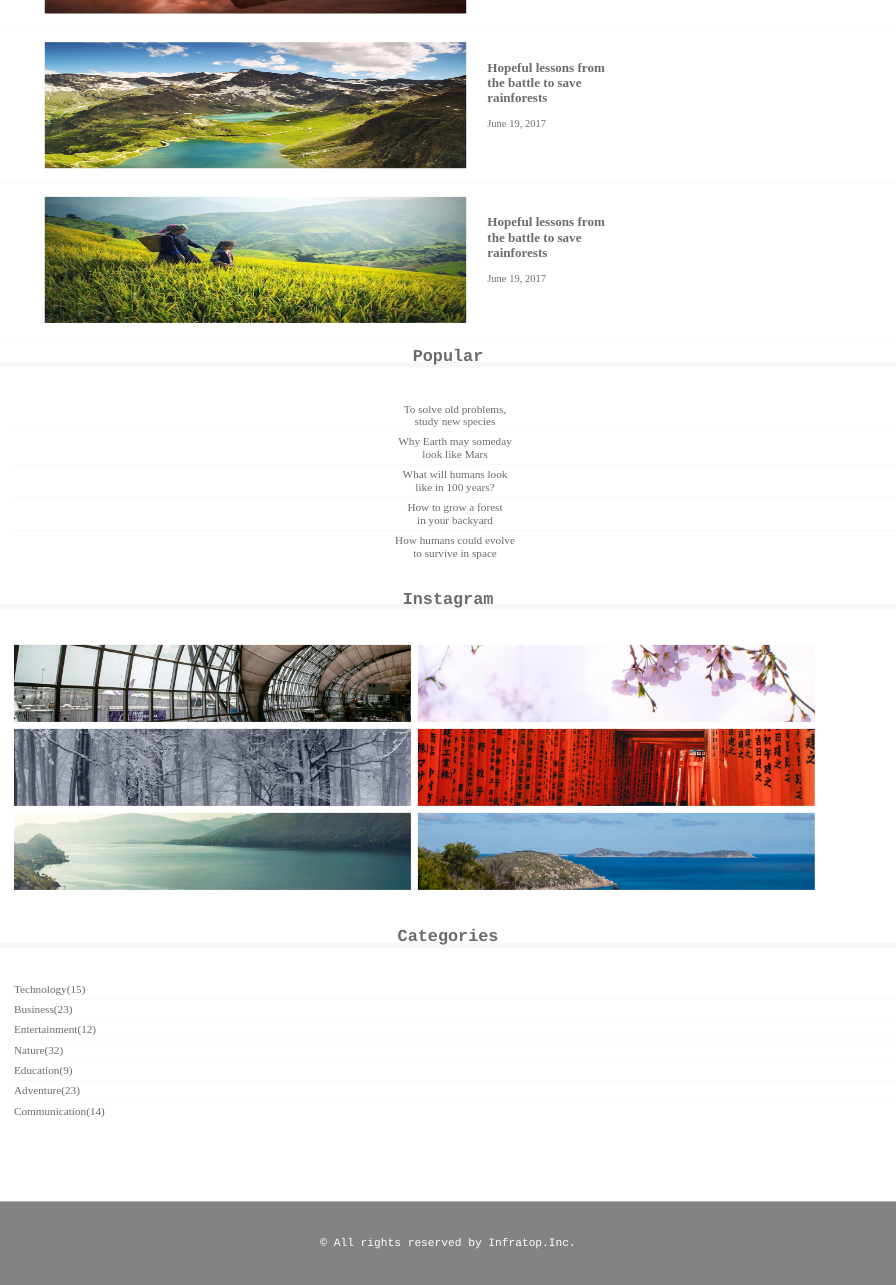
Repository: t-sato-infratop/environment
Page: caravan/index.html
The author's editor kept a record of every edit. The page is drawn from the files as they stood at one moment, then again after the next edit.
The browser window is 1280 px wide. The pictures show the part of the page from y = 1206 to 3126 px (the page is 3042 px tall before and 3126 px after), at 70% of full size.

Above is the page before.

### caravan/index.html
<!DOCTYPE html>
<html lang="ja">
  <head>
    <meta charset="UTF-8" />
    <link rel="stylesheet" href="style.css" />
    <title>CARAVAN</title>
  </head>

  <body>
    <header>
      <h1 class="heading">
        <a href="index.html">
          CARAVAN
        </a>
      </h1>
    </header>

    <nav>
      <ul class="nav-list">
        <li class="nav-list-item">
          <a href="index.html">Home</a>
        </li>
        <li class="nav-list-item">About</li>
        <li class="nav-list-item">Topic</li>
      </ul>
    </nav>

    <div class="main-visual">
      <div class="main-visual-content">
        <p class="main-visual-text">
            The world is a book<br />
            and those who do not travel<br />
            read only one page.
        </p>
        <p class="main-visual-name">
            St. Augustine
        </p>
      </div>
    </div>

    <main>
      <section class="blog">
        <h2 class="blog-heading">Recent Blogs</h2>
        <div class="blog-box">
          <div class="blog-item">
            <img class="blog-image" src="../img/forest.jpg">
            <section class="blog-text">
              <h3 class="blog-text-heading">
                <a href="single.html">
                  Hopeful lessons from<br>
                  the battle to save<br>
                  rainforests
                </a>
              </h3>
              <p class="blog-date">June 19, 2017</p>
              <span class="category">Nature</span>
            </section>
          </div>
          <div class="blog-item">
            <img class="blog-image" src="../img/desert.jpg">
            <section class="blog-text">
              <h3 class="blog-text-heading">
                <a href="single.html">
                  Hopeful lessons from<br>
                  the battle to save<br>
                  rainforests
                </a>
              </h3>
              <p class="blog-date">June 19, 2017</p>
              <span class="category">Nature</span>
            </section>
          </div>
          <div class="blog-item">
            <img class="blog-image" src="../img/sunset.jpg">
            <section class="blog-text">
              <h3 class="blog-text-heading">
                <a href="single.html">
                  Hopeful lessons from<br>
                  the battle to save<br>
                  rainforests
                </a>
              </h3>
              <p class="blog-date">June 19, 2017</p>
              <span class="category">Adventure</span>
            </section>
          </div>
          <div class="blog-item">
            <img class="blog-image" src="../img/italy.jpg">
            <section class="blog-text">
              <h3 class="blog-text-heading">
                <a href="single.html">
                  Hopeful lessons from<br>
                  the battle to save<br>
                  rainforests
                </a>
              </h3>
              <p class="blog-date">June 19, 2017</p>
              <span class="category">Nature</span>
            </section>
          </div>
          <div class="blog-item">
            <img class="blog-image" src="../img/asia.jpg">
            <section class="blog-text">
              <h3 class="blog-text-heading">
                <a href="single.html">
                  Hopeful lessons from<br>
                  the battle to save<br>
                  rainforests
                </a>
              </h3>
              <p class="blog-date">June 19, 2017</p>
              <span class="category">Culture</span>
            </section>
          </div>
        </div>
      </section>

      <div class="sidebar">
        <section class="popular">
          <h2 class="popular-heading common-heading">Popular</h2>
          <div class="sidebar-contents">
            <p class="popular-text">To solve old problems,<br>study new species</p>
            <p class="popular-text">Why Earth may someday<br>look like Mars</p>
            <p class="popular-text">What will humans look<br>like in 100 years?</p>
            <p class="popular-text">How to grow a forest<br>in your backyard</p>
            <p class="popular-text">How humans could evolve<br>to survive in space</p>
          </div>
        </section>

        <section class="instagram">
          <h2 class="instagram-heading common-heading">Instagram</h2>
          <div class="sidebar-contents">
            <div class="instagram-box"></div>
            <div class="instagram-box"></div>
            <div class="instagram-box"></div>
            <div class="instagram-box"></div>
            <div class="instagram-box"></div>
            <div class="instagram-box"></div>
          </div>
        </section>

        <section class="categories">
          <h2 class="categories-heading common-heading">Categories</h2>
          <div class="sidebar-contents">
            <p class="categories-text">Technology(15)</p>
            <p class="categories-text">Business(23)</p>
            <p class="categories-text">Entertainment(12)</p>
            <p class="categories-text">Nature(32)</p>
            <p class="categories-text">Education(9)</p>
            <p class="categories-text">Adventure(23)</p>
            <p class="categories-text">Communication(14)</p>
          </div>
        </section>
      </div>
    </main>

    <footer>
      <p class="footer-text">© All rights reserved by Infratop.Inc.</p>
    </footer>
  </body>
</html>

### caravan/style.css
* {
  margin: 0;
  padding: 0;
  box-sizing: border-box;
  color: #6c6b6b;
}

a {
  text-decoration: none;
}

header, nav, h2, .main-visual, footer {
  font-family: Chalkduster, "Bradley Hand", Courier, "Segoe Print", sans-serif;
}

header {
  width: 90%;
  padding: 15px 0;
  margin: 0 auto;
  text-align: center;
  position: relative;
}

.social i {
  display: inline-block;
  margin-left: 20px;
}

.social {
  position: absolute;
  top: 22px;
  right: 22px;
}

header .header {
  font-size: 32px;
}

.nav-list {
  text-align: center;
  padding: 10px 0;
  margin: 0 auto;
}

.nav-list-item {
  list-style: none;
  display: inline-block;
  margin: 0 20px;
}

.main-visual {
  width: 100%;
  height: 300px;
  background-image: url(../img/mv.jpg);
  background-size: cover;
  background-position: center;
}

.main-visual-content {
  width: 40%;
  height: 300px;
  background-color: rgb(0,0,0,0.5);
  text-align: center;
  padding-top: 105px;
}

.main-visual-text {
color: #fff;
}

.main-visual-name {
  margin-top: 30px;
  color: #fff;
}

main{
  width: 800px;
  display: flex;
  justify-content: center;
  margin: 0 auto;
  padding: 70px 0;
}

.blog {
  width: 540px;
  margin-right: 30px;
}

.blog-heading {
  border-bottom: 8px solid #f7f7f7;
  text-align: center;
  line-height: 0.6;
}

.blog-box {
  padding: 50px 0;
}

.blog-item {
  padding-bottom: 20px;
  margin-bottom: 20px;
  border-bottom: 1px solid #f7f7f7;
  display: flex;
  justify-content: flex-start;
}

.blog-image {
  height: 180px;
}

.blog-text {
  padding: 25px 0 0 30px;
}

.blog-text-heading {
  padding-bottom: 15px;
}

.blog-date {
  font-size: 12px;
  display: inline-block;
}

.category {
  display: inline-block;
  padding: 5px 8px;
  background-color: #acabab;
  border-radius: 3px;
  color: #fff;
  font-size: 11px;
}

.pagination {
  text-align: center;
  padding-top: 50px;
}

.pagination p {
  display: inline-block;
  width: 30px;
  height: 30px;
  margin: 0 5px;
  color: #fff;
  background-color: #acabab;
  border-radius: 3px;
  line-height: 30px;
}

.sidebar {
width: 230px;
}

.common-heading {
  border-bottom: 8px solid #f7f7f7;
  text-align: center;
  line-height: 0.6;
}

.sidebar-contents {
  padding: 50px 0;
}

.popular-text,
.categories-text {
  padding-bottom: 5px;
  border-bottom: 1px solid #f7f7f7;
  margin-bottom: 5px;
}

.popular-text:last-child,
.categories-text:last-child {
  margin: 0;
  padding: 0;
  border: none;
}

.instagram .sidebar-contents {
  display: flex;
  flex-wrap: wrap;
}

.instagram-box {
  width: 110px;
  padding-top: 110px;
  background-size: cover;
  background-position: center;
  margin-bottom: 10px;
}

.instagram-box:nth-child(odd) {
  margin: 0 10px 10px 0;
}

.instagram-box:nth-child(1) {
  background-image: url(../img/airport.jpg);
}

.instagram-box:nth-child(2) {
  background-image: url(../img/japan.jpg);
}

.instagram-box:nth-child(3) {
  background-image: url(../img/snow.jpg);
}

.instagram-box:nth-child(4) {
  background-image: url(../img/japan2.jpg);
}

.instagram-box:nth-child(5) {
  background-image: url(../img/lake.jpg);
}

.instagram-box:nth-child(6) {
  background-image: url(../img/road.jpg);
}

footer {
  width: 100%;
  height: 120px;
  text-align: center;
  line-height: 120px;
  background-color: #848282;
}

.footer-text {
  color: #fff
}

@media screen and (max-width: 425px) {
.fab {
    visibility: hidden;
  }
}

.nav-list-item {
    width: 100%;
    display: block;
    margin: 5px auto;
}


.main-visual-content {
    width: 100%;
}

main {
  width: 100%;
  display: block;
}

.blog {
  width: 100%;
}

.blog-box {
  padding-bottom: 0px;
}

.blog-image {
  width: 50%;
  margin-left: 5%;
}

.blog-text {
  width: 50%;
  margin-right: 10px;
}

.blog-date {
  font-size: 15px;
}

.category {
  visibility: hidden;
}

.pagination {
  margin-bottom: 50px;
  padding-top: 0px;
}

.sidebar {
  width: 100%;
}

.sidebar-contents {
  margin-left: 20px;
}

.popular-text {
  text-align: center;
}

.instagram-box {
  width: 45%;
}

.instagram-box:nth-child(even) {
  margin-right: 4%;
}

.footer-text {

}

After the next edit:
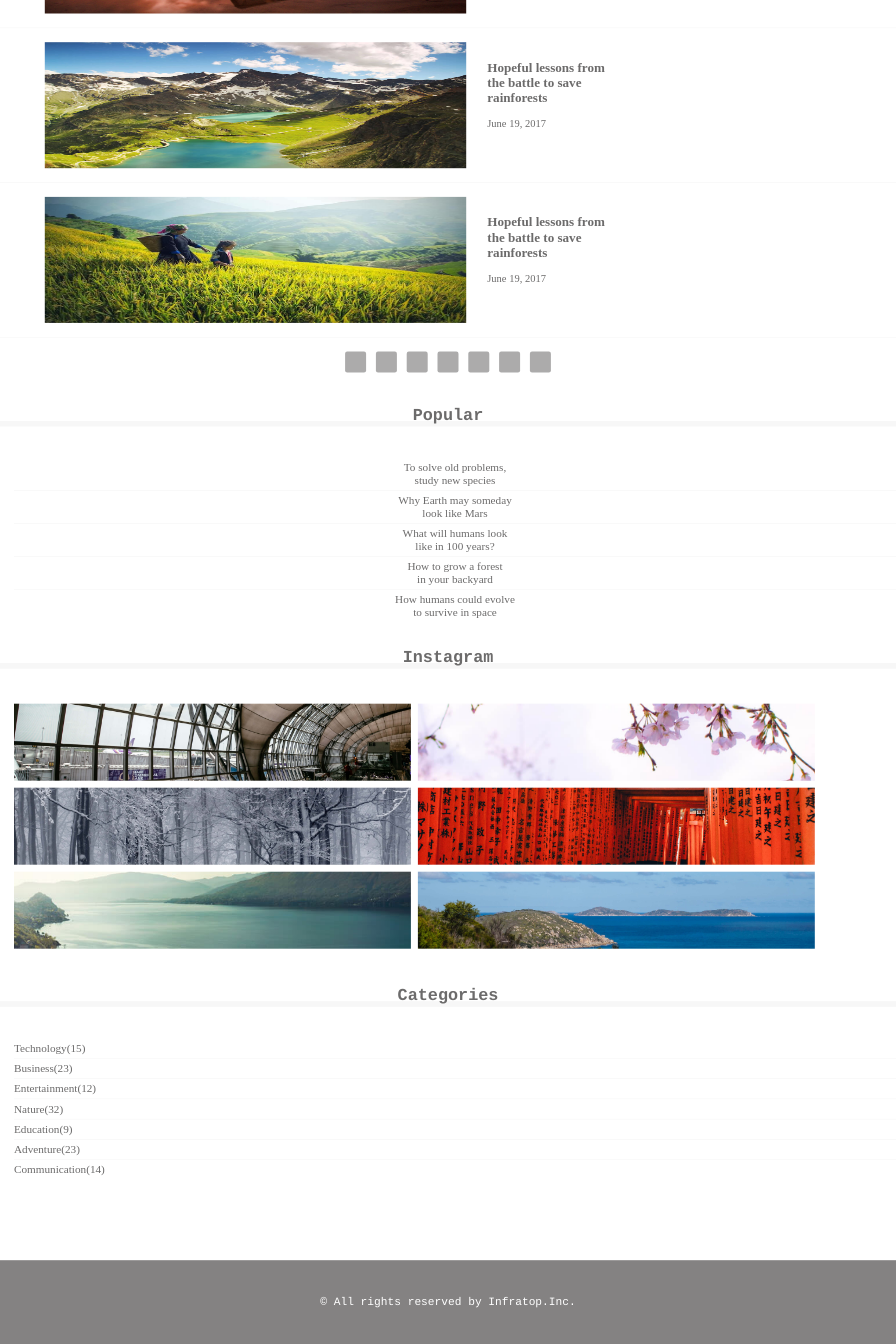
The edit:
--- a/caravan/index.html
+++ b/caravan/index.html
@@ -113,6 +113,15 @@
             </section>
           </div>
         </div>
+        <div class="pagination">
+          <p></p>
+          <p></p>
+          <p></p>
+          <p></p>
+          <p></p>
+          <p></p>
+          <p></p>
+        </div>
       </section>
 
       <div class="sidebar">
